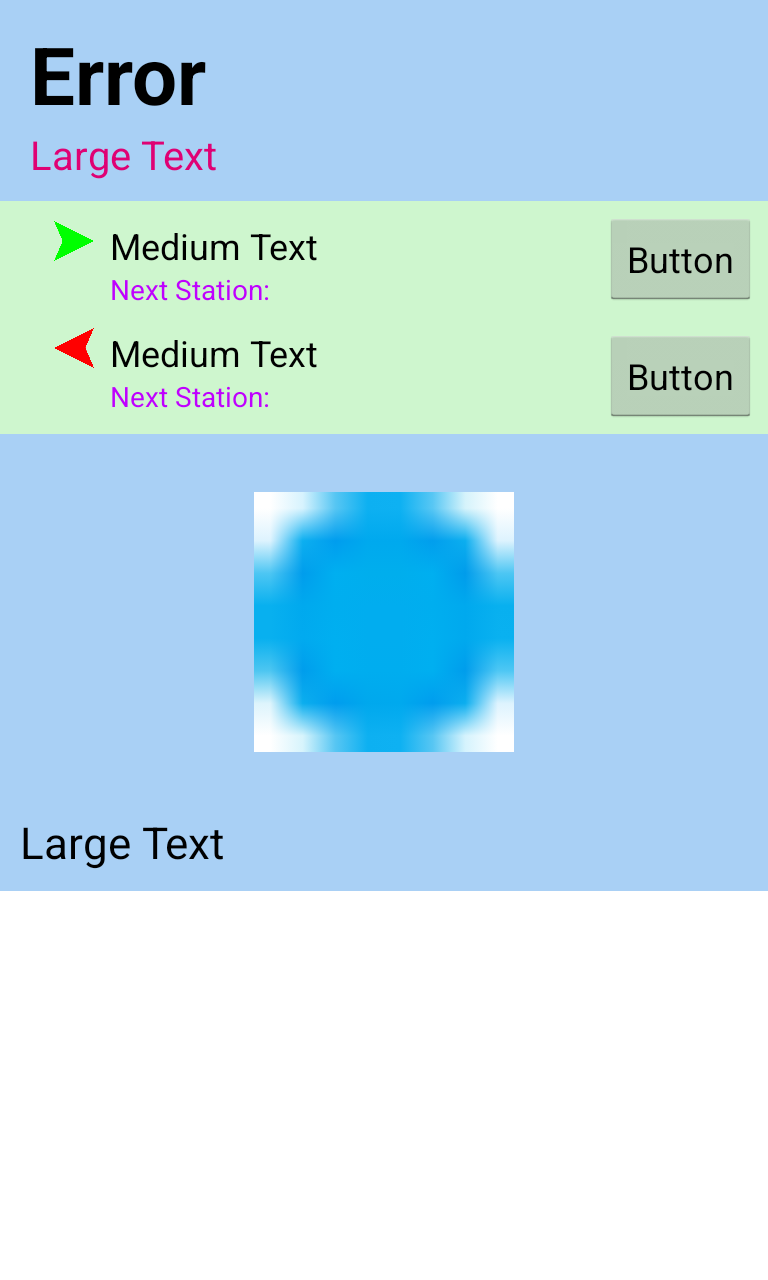
Repository: patheon17/myrepo2
Layout: workspace/UMBusTracking/res/layout/single_list_item_view.xml
The author's editor kept a copy of each file at every save. The layout is drawn from the files as they stood at one save, then again after the next save.
It is drawn on a 768 x 1280 px phone screen (xhdpi) without system bars, with theme AppTheme; the app's code is not run.

Above is the layout before, as saved 2013-10-03 18:55:41.

### workspace/UMBusTracking/res/layout/single_list_item_view.xml
<?xml version="1.0" encoding="utf-8"?>
<ScrollView xmlns:android="http://schemas.android.com/apk/res/android"
    android:layout_width="fill_parent" android:layout_height="fill_parent">

<RelativeLayout
    android:layout_width="match_parent"
    android:layout_height="match_parent"
    android:background="@color/background_lime"
    android:orientation="vertical" >


     <RelativeLayout
        android:id="@+id/div2"
        android:layout_width="match_parent"
        android:layout_height="wrap_content">
    <TextView
        android:id="@+id/viewstoptitle"
        android:layout_width="fill_parent"
        android:layout_height="wrap_content"
        android:paddingLeft="15sp"
         android:layout_marginTop="10sp"
        android:text="@string/viewstoptitle"
        android:textColor="#000000"
        android:textSize="40sp"
        android:textStyle="bold" />

    <TextView
        android:id="@+id/routename"
        android:layout_width="match_parent"
        android:layout_height="wrap_content"
        android:layout_below="@+id/viewstoptitle"
        android:paddingLeft="15sp"
        android:textSize="20sp"
        android:text="Large Text"
        android:textColor="#DF0174"
        android:textAppearance="?android:attr/textAppearanceLarge" />
</RelativeLayout>


    <RelativeLayout
        android:id="@+id/div1"
        android:layout_width="match_parent"
        android:layout_height="wrap_content"
        android:layout_below="@+id/div2"
        android:layout_marginTop="10sp"
        android:background="#CEF6CE"
        android:padding="5sp"
        >

    <TextView
        android:id="@+id/routeto11"
        android:layout_width="wrap_content"
        android:layout_height="wrap_content"
        android:layout_alignLeft="@+id/nextstation"
         android:layout_below="@+id/nextstation"
         android:layout_marginTop="10sp"
        android:text="Medium Text"
        android:textAppearance="?android:attr/textAppearanceMedium" />


    <TextView
        android:id="@+id/routefrom"
        android:layout_width="wrap_content"
        android:layout_height="wrap_content"
        android:layout_alignParentLeft="true"
        android:layout_below="@+id/routename"
        android:layout_marginLeft="50dp"
        android:text="Medium Text"
         android:layout_marginTop="5sp"
        android:textAppearance="?android:attr/textAppearanceMedium" />

    <ImageView
        android:id="@+id/greenarrow"
        android:layout_width="20sp"
        android:layout_height="20sp"
        android:layout_alignParentLeft="true"
        android:layout_alignTop="@+id/routefrom"
        android:layout_marginLeft="22dp"

        android:src="@drawable/arrowgreen" />

    <TextView
        android:id="@+id/nextstation"
        android:layout_width="wrap_content"
        android:layout_height="wrap_content"
        android:layout_alignLeft="@+id/routefrom"
        android:layout_below="@+id/routefrom"
        android:text="Next Station: "
        android:textColor="#BF00FF"
        android:textAppearance="?android:attr/textAppearanceSmall" />

    <ImageView
        android:id="@+id/redarrow"
        android:layout_width="20sp"
        android:layout_height="20sp"
        android:layout_alignLeft="@+id/greenarrow"
         android:layout_alignTop="@+id/routeto11"
        android:src="@drawable/redarrow" />



    <TextView
        android:id="@+id/nextstation1"
        android:layout_width="wrap_content"
        android:layout_height="wrap_content"
        android:layout_alignLeft="@+id/routeto11"
        android:layout_below="@+id/routeto11"
        android:text="Next Station: "
         android:textColor="#BF00FF"
        android:textAppearance="?android:attr/textAppearanceSmall" />


    <Button
        android:id="@+id/button1"
        android:layout_width="wrap_content"
        android:layout_height="wrap_content"
        android:layout_alignParentRight="true"
        android:text="Button" />

    <Button
        android:id="@+id/button2"
        android:layout_width="wrap_content"
        android:layout_height="wrap_content"
        android:layout_alignLeft="@+id/button1"
        android:layout_below="@+id/nextstation"
       android:layout_alignTop="@+id/routeto11"
        android:text="Button" />


    </RelativeLayout>

     <ImageView
        android:id="@+id/imageView1"
        android:layout_width="match_parent"
        android:layout_height="150dp"
        android:layout_alignParentLeft="true"
        android:layout_below="@+id/div1"
        android:layout_marginTop="19dp"
        android:padding="10sp"
        android:src="@drawable/stops" />

     <TextView
        android:id="@+id/description"
        android:layout_width="match_parent"
        android:layout_height="wrap_content"
        android:layout_below="@+id/imageView1"
        android:text="Large Text"
        android:layout_marginTop="10sp"
        android:padding="10sp"
        android:textAppearance="?android:attr/textAppearanceLarge" />

</RelativeLayout>
</ScrollView>

### workspace/UMBusTracking/res/values/styles.xml
<resources>

    <!--
        Base application theme, dependent on API level. This theme is replaced
        by AppBaseTheme from res/values-vXX/styles.xml on newer devices.
    -->
    <style name="AppBaseTheme" parent="android:Theme.Light">
        <!--
            Theme customizations available in newer API levels can go in
            res/values-vXX/styles.xml, while customizations related to
            backward-compatibility can go here.
        -->
    </style>

    <!-- Application theme. -->
    <style name="AppTheme" parent="AppBaseTheme">
        <!-- All customizations that are NOT specific to a particular API-level can go here. -->
    </style>


</resources>

### workspace/UMBusTracking/res/values/strings.xml
<?xml version="1.0" encoding="utf-8"?>
<resources>

    <string name="app_name">UMBusTracking</string>
    <string name="action_settings">Settings</string>
    <string name="hello_world">Hello world!</string>
    <string name="button">Connect</string>
    <string name="title_activity_info">InfoActivity</string>
    <string name="title_activity_test2">Test2</string>
    <string name="title_activity_view_stops_details">View Bus Stops Details/Information</string>
    <string name="viewstoptitle">Error</string>
    <string name="title_activity_nearest_stop">NearestStop</string>
    <string name="displaystop">error</string>

    <color name="background_lime">#A9D0F5</color>

    <string name="routename">On Route</string>
    <string name="stopname">Bus Stop</string>
    <string name="title_activity_display_busses">DisplayBusses</string>

</resources>

Loaded but not shown: workspace/UMBusTracking/res/values-v11/styles.xml (common file); workspace/UMBusTracking/res/values-v14/styles.xml (common file)

After the next save:
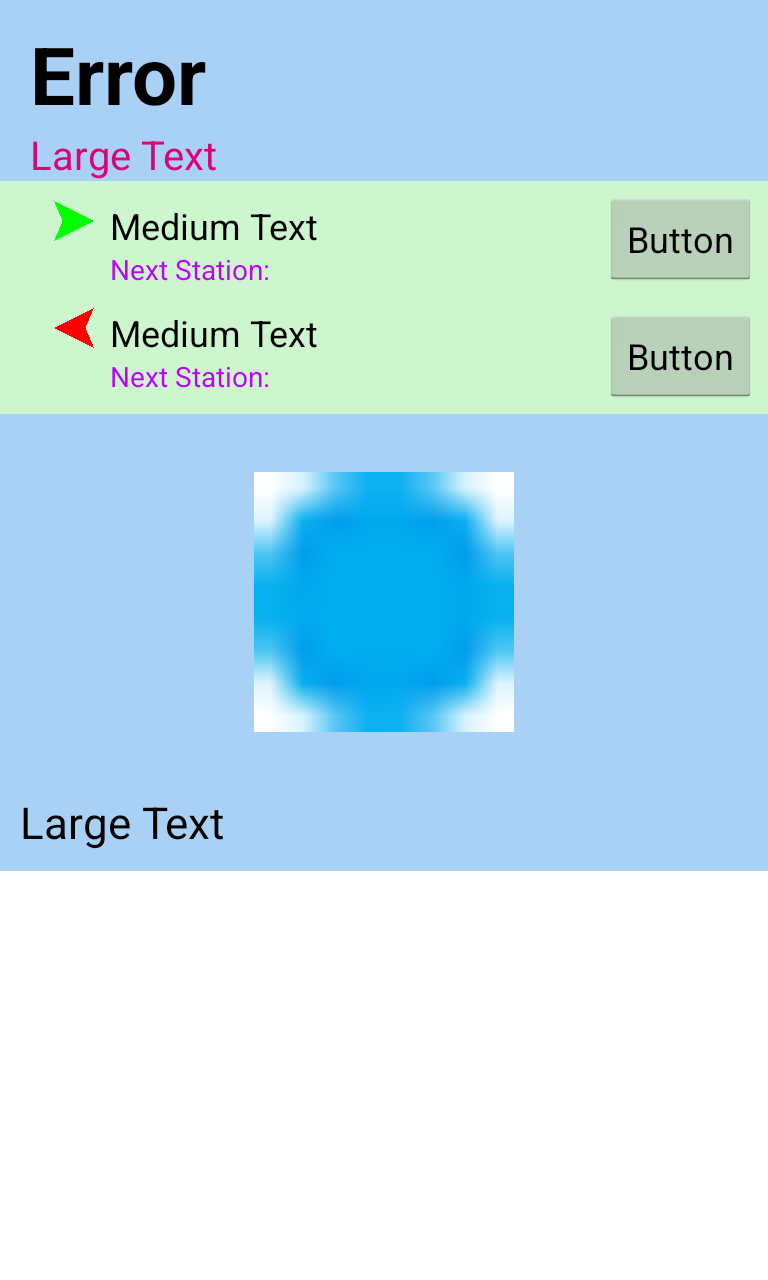
Saved 60 s later.
--- a/workspace/UMBusTracking/res/layout/single_list_item_view.xml
+++ b/workspace/UMBusTracking/res/layout/single_list_item_view.xml
@@ -13,6 +13,7 @@
         android:id="@+id/div2"
         android:layout_width="match_parent"
         android:layout_height="wrap_content">
+
     <TextView
         android:id="@+id/viewstoptitle"
         android:layout_width="fill_parent"
@@ -42,13 +43,13 @@
         android:layout_width="match_parent"
         android:layout_height="wrap_content"
         android:layout_below="@+id/div2"
-        android:layout_marginTop="10sp"
         android:background="#CEF6CE"
         android:padding="5sp"
         >
 
     <TextView
         android:id="@+id/routeto11"
+        android:layout_marginTop="10sp"
         android:layout_width="wrap_content"
         android:layout_height="wrap_content"
         android:layout_alignLeft="@+id/nextstation"
